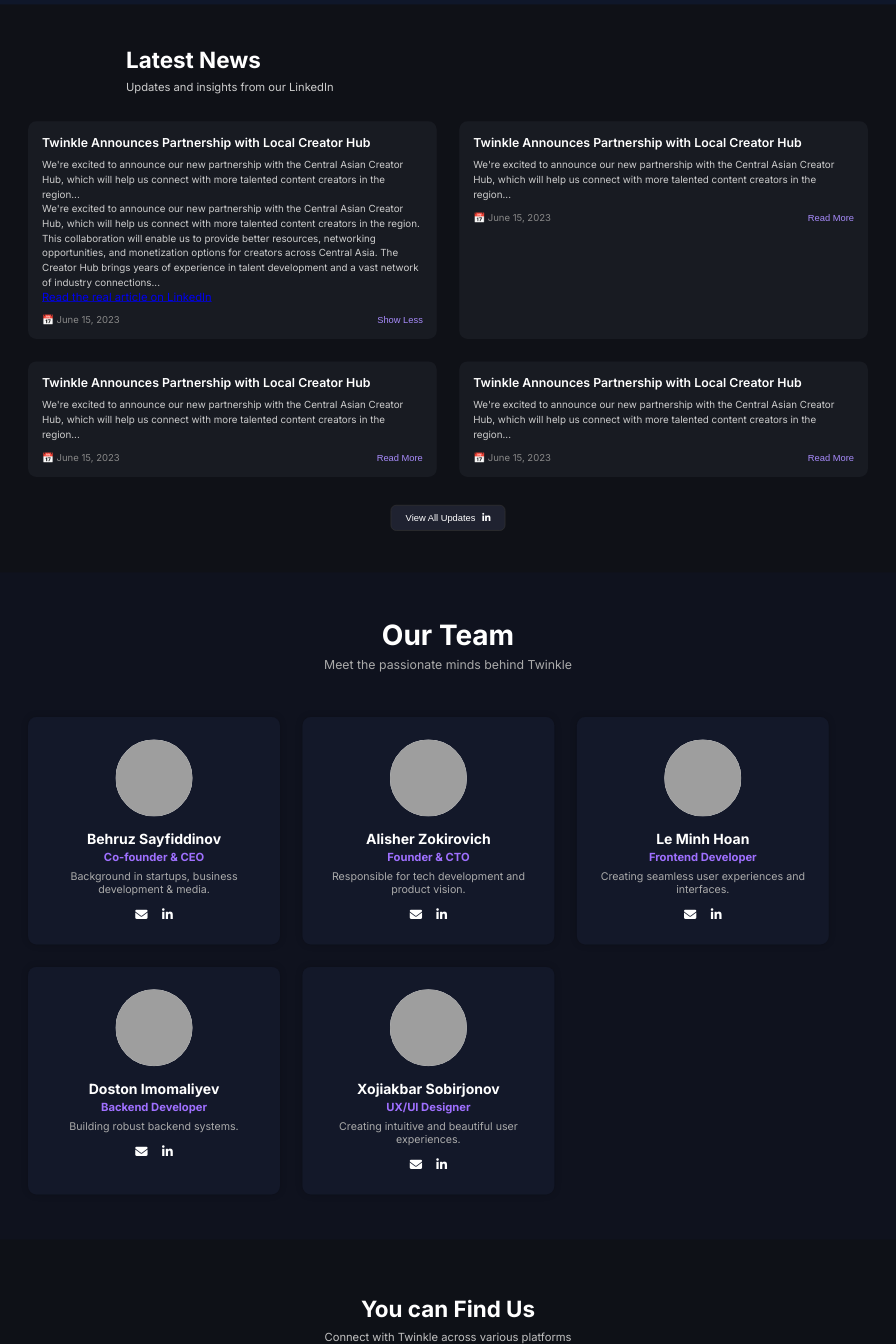
Repository: techboy-33/Twinkle-web
Page: index.html
The author's editor kept a copy of each file at every save. The page is drawn from the files as they stood at one save, then again after the next save.
The browser window is 1280 px wide. The pictures show the part of the page from y = 1386 to 3306 px (the page is 4439 px tall before and 4376 px after), at 70% of full size.
Empty fields were first filled with sample values (such as "Sample", 5 or name@example.com).
After loading, the first visible `button.toggle-btn` was clicked once.
Pictures or frames that could not be fetched are drawn as grey boxes.

Above is the page before, as saved 2025-05-26 11:21:23.

### index.html
<!DOCTYPE html>
<html lang="en">

<head>
    <meta charset="UTF-8" />
    <meta name="viewport" content="width=device-width, initial-scale=1.0" />
    <title>Twinkle</title>
    <link href="styles.css" rel="stylesheet" />
    <link href="https://fonts.googleapis.com/css2?family=Inter:wght@400;600;700&display=swap" rel="stylesheet">
    <link rel="stylesheet" href="https://cdnjs.cloudflare.com/ajax/libs/font-awesome/6.5.0/css/all.min.css">
    <link rel="stylesheet" href="./base.css">
    <link rel="stylesheet" href="./responsive.css">
</head>

<body>
    <header class="navbar">
        <div class="container nav-inner">
            <div class="logo">Twinkle</div>
            <div class="nav-right">
                <nav class="nav-links">
                    <a href="#">General Info</a>
                    <a href="#">News</a>
                    <a href="#">Team</a>
                </nav>
                <div class="nav-icons language-dropdown">
                    <button class="icon-btn" id="language-toggle">
                        <i class="fa-solid fa-globe"></i>
                    </button>
                    <ul class="language-menu">
                        <li>English</li>
                        <li>Русский</li>
                        <li>O'zbekcha</li>
                    </ul>
                    <button class="icon-btn" id="theme-toggle">
                        <i class="fa-solid fa-sun"></i>
                    </button>
                    <button class="icon-btn contact-btn">Contact</button>
                    <button class="hamburger-menu" id="menu-toggle">
                        <i class="fa-solid fa-bars"></i>
                    </button>
                </div>
            </div>
        </div>
    </header>
    <section class="hero">
        <div class="hero-inner">
            <h1>Twinkle</h1>
            <p class="subtitle">
                A social media platform uniting creators who produce high-quality, intellectual, and value-driven
                content with innovative filtering and multi-monetization models.
            </p>

            <div class="info-grid">
                <div class="info-card">
                    <h3>Founded</h3>
                    <p>15th of December 2024</p>
                </div>
                <div class="info-card">
                    <h3>Headquarters</h3>
                    <p>Samarkand, Uzbekistan (remote)</p>
                </div>
                <div class="info-card">
                    <h3>Focus</h3>
                    <p>Creator economy, empowering media industry</p>
                </div>
                <div class="info-card">
                    <h3>Target Market</h3>
                    <p>Uzbekistan, Global Expansion</p>
                </div>
            </div>

            <button class="learn-btn">Learn More
                <i class="fa-solid fa-chevron-down"></i>
            </button>
        </div>
        <div id="extra-info" style="display: none;">
            <div class="extra-content">
                <div class="info-card">
                    <h2>Our Vision</h2>
                    <p>Twinkle aims to filter the media industry and create a new market for the creator economy and
                        business. We're building a platform that values quality over quantity, depth over virality, and
                        sustainable creator economics over exploitative algorithms.</p>

                    <h2>Our Mission</h2>
                    <p>To empower content creators in Uzbekistan and beyond with tools, community, and monetization
                        opportunities that enable them to build sustainable careers doing what they love. We strive to
                        elevate the quality of media content while providing creators with the resources they need to
                        succeed.
                    </p>

                    <h2>Key Differentiators</h2>
                    <ul>
                        <li>Quality-focused content filtering and recommendation algorithms</li>
                        <li>Multiple monetization streams for creators (subscriptions, tips, marketplace, sponsorships)
                        </li>
                        <li>Built-in educational resources and creator development programs</li>
                        <li>Focus on intellectual and educational content rather than purely entertainment</li>
                        <li>Regional expertise and connections in Central Asian markets</li>
                    </ul>
                </div>
                <button id="show-less-btn" class="learn-btn">Show Less
                    <i class="fa-solid fa-chevron-up"></i>
                </button>
            </div>
        </div>
    </section>
    <main class="container">
        <section class="general-info">
            <h2>General Info</h2>
            <div class="info-columns">
                <div class="left">
                    <div>
                        <p class="strong">Industry</p>
                        <p>Social Media, Creator Economy</p>
                    </div>
                    <div>
                        <p class="strong">Business Model</p>
                        <p>Platform, Subscription, Transaction Fees</p>
                    </div>
                    <div>
                        <p class="strong">Location</p>
                        <p>Tashkent, Uzbekistan</p>
                    </div>
                    <div>
                        <p class="strong">Stage</p>
                        <p>Pre-Seed</p>
                    </div>
                </div>
                <div class="right">
                    <div>
                        <p class="strong">Description</p>
                        <p>Twinkle is designed to build a community of high-caliber, educational content creators while
                            creating a next-generation media platform that enables expanded monetization opportunities.
                        </p>
                    </div>
                    <div>
                        <p class="strong">Investment Needs</p>
                        <p>Seeking investment for platform development, marketing, team expansion, and operational
                            costs.
                        </p>
                    </div>
                    <button class="pitch-btn">View Pitch Deck
                        <i class="fa-solid fa-download"></i>
                    </button>
                </div>
            </div>
        </section>
    </main>
    <section class="news-section">
        <div class="container">
            <h2 class="news-title">Latest News</h2>
            <p class="news-subtitle">Updates and insights from our LinkedIn</p>









            <div class="news-grid">
                <!-- News Card 1 -->
                <div class="news-card">
                    <h3>Twinkle Announces Partnership with Local Creator Hub</h3>

                    <p class="summary">
                        We're excited to announce our new partnership with the Central Asian Creator Hub, which will
                        help us connect with more talented content creators in the region...
                    </p>

                    <div class="extra-content" style="display: none;">
                        <p>
                            We're excited to announce our new partnership with the Central Asian Creator Hub, which will
                            help us connect with more talented content creators in the region. This collaboration will
                            enable us to provide better resources, networking opportunities, and monetization options
                            for creators across Central Asia. The Creator Hub brings years of experience in talent
                            development and a vast network of industry connections...
                        </p>
                        <a href="#">Read the real article on LinkedIn</a>
                    </div>

                    <div class="news-meta">
                        <span>📅 June 15, 2023</span>
                        <button class="toggle-btn">Read More</button>
                    </div>
                </div>

                <!-- News Card 2 -->
                <div class="news-card">
                    <h3>Twinkle Announces Partnership with Local Creator Hub</h3>

                    <p class="summary">
                        We're excited to announce our new partnership with the Central Asian Creator Hub, which will
                        help us connect with more talented content creators in the region...
                    </p>

                    <div class="extra-content" style="display: none;">
                        <p>
                            We're excited to announce our new partnership with the Central Asian Creator Hub, which will
                            help us connect with more talented content creators in the region. This collaboration will
                            enable us to provide better resources, networking opportunities, and monetization options
                            for creators across Central Asia. The Creator Hub brings years of experience in talent
                            development and a vast network of industry connections...
                        </p>
                        <a href="#">Read the real article on LinkedIn</a>
                    </div>

                    <div class="news-meta">
                        <span>📅 June 15, 2023</span>
                        <button class="toggle-btn">Read More</button>
                    </div>
                </div>

                <!-- News Card 3 -->
                <div class="news-card">
                    <h3>Twinkle Announces Partnership with Local Creator Hub</h3>

                    <p class="summary">
                        We're excited to announce our new partnership with the Central Asian Creator Hub, which will
                        help us connect with more talented content creators in the region...
                    </p>

                    <div class="extra-content" style="display: none;">
                        <p>
                            We're excited to announce our new partnership with the Central Asian Creator Hub, which will
                            help us connect with more talented content creators in the region. This collaboration will
                            enable us to provide better resources, networking opportunities, and monetization options
                            for creators across Central Asia. The Creator Hub brings years of experience in talent
                            development and a vast network of industry connections...
                        </p>
                        <a href="#">Read the real article on LinkedIn</a>
                    </div>

                    <div class="news-meta">
                        <span>📅 June 15, 2023</span>
                        <button class="toggle-btn">Read More</button>
                    </div>
                </div>

                <!-- News Card 4 -->
                <div class="news-card">
                    <h3>Twinkle Announces Partnership with Local Creator Hub</h3>

                    <p class="summary">
                        We're excited to announce our new partnership with the Central Asian Creator Hub, which will
                        help us connect with more talented content creators in the region...
                    </p>

                    <div class="extra-content" style="display: none;">
                        <p>
                            We're excited to announce our new partnership with the Central Asian Creator Hub, which will
                            help us connect with more talented content creators in the region. This collaboration will
                            enable us to provide better resources, networking opportunities, and monetization options
                            for creators across Central Asia. The Creator Hub brings years of experience in talent
                            development and a vast network of industry connections...
                        </p>
                        <a href="#">Read the real article on LinkedIn</a>
                    </div>

                    <div class="news-meta">
                        <span>📅 June 15, 2023</span>
                        <button class="toggle-btn">Read More</button>
                    </div>
                </div>
            </div>

            <div class="view-all-wrapper">
                <button class="view-all-btn">View All Updates
                    <i class="fa-brands fa-linkedin-in"></i>
                </button>
            </div>
        </div>
    </section>
    <section class="team-section">
        <div class="container">
            <h2 class="team-title">Our Team</h2>
            <p class="team-subtitle">Meet the passionate minds behind Twinkle</p>

            <div class="team-grid">
                <!-- Team Members -->
                <div class="team-card">
                    <img src="https://encrypted-tbn0.gstatic.com/images?q=tbn:ANd9GcR9CMIiPoEBXCQ0sEX700hf1_gQ1kkmD3HA4w&s"
                        alt="Behruz">
                    <h3>Behruz Sayfiddinov</h3>
                    <p class="role">Co-founder & CEO</p>
                    <p class="desc">Background in startups, business development & media.</p>
                    <div class="icons">
                        <a href="#"><i class="fas fa-envelope"></i></a>
                        <a href="#"><i class="fab fa-linkedin-in"></i></a>
                    </div>
                </div>

                <div class="team-card">
                    <img src="https://encrypted-tbn0.gstatic.com/images?q=tbn:ANd9GcR9CMIiPoEBXCQ0sEX700hf1_gQ1kkmD3HA4w&s"
                        alt="Alisher">
                    <h3>Alisher Zokirovich</h3>
                    <p class="role">Founder & CTO</p>
                    <p class="desc">Responsible for tech development and product vision.</p>
                    <div class="icons">
                        <a href="#"><i class="fas fa-envelope"></i></a>
                        <a href="#"><i class="fab fa-linkedin-in"></i></a>
                    </div>
                </div>

                <div class="team-card">
                    <img src="https://encrypted-tbn0.gstatic.com/images?q=tbn:ANd9GcR9CMIiPoEBXCQ0sEX700hf1_gQ1kkmD3HA4w&s"
                        alt="Member">
                    <h3>Le Minh Hoan</h3>
                    <p class="role">Frontend Developer</p>
                    <p class="desc">Creating seamless user experiences and interfaces.</p>
                    <div class="icons">
                        <a href="#"><i class="fas fa-envelope"></i></a>
                        <a href="#"><i class="fab fa-linkedin-in"></i></a>
                    </div>
                </div>

                <div class="team-card">
                    <img src="https://encrypted-tbn0.gstatic.com/images?q=tbn:ANd9GcR9CMIiPoEBXCQ0sEX700hf1_gQ1kkmD3HA4w&s"
                        alt="Member">
                    <h3>Doston Imomaliyev</h3>
                    <p class="role">Backend Developer</p>
                    <p class="desc">Building robust backend systems.</p>
                    <div class="icons">
                        <a href="#"><i class="fas fa-envelope"></i></a>
                        <a href="#"><i class="fab fa-linkedin-in"></i></a>
                    </div>
                </div>

                <div class="team-card">
                    <img src="https://encrypted-tbn0.gstatic.com/images?q=tbn:ANd9GcR9CMIiPoEBXCQ0sEX700hf1_gQ1kkmD3HA4w&s"
                        alt="Member">
                    <h3>Xojiakbar Sobirjonov</h3>
                    <p class="role">UX/UI Designer</p>
                    <p class="desc">Creating intuitive and beautiful user experiences.</p>
                    <div class="icons">
                        <a href="#"><i class="fas fa-envelope"></i></a>
                        <a href="#"><i class="fab fa-linkedin-in"></i></a>
                    </div>
                </div>
            </div>
        </div>
    </section>
    <section class="find-us-section">
        <div class="container">
            <h2 class="find-us-title">You can Find Us</h2>
            <p class="find-us-subtitle">Connect with Twinkle across various platforms</p>
            <div class="find-us-grid">
                <div class="find-us-card linkedin">
                    <i class="fab fa-linkedin-in"></i>
                    <h3>LinkedIn</h3>
                    <p>linkedin.com/company/twinkle-uz</p>
                </div>
                <div class="find-us-card startup-base">
                    <i class="fas fa-globe"></i>
                    <h3>Startup Base</h3>
                    <p>startupbase.uz/en/startups/39</p>
                </div>
                <div class="find-us-card amazon">
                    <i class="fas fa-seedling"></i>
                    <h3>Amazon Startups</h3>
                    <p>AWS Startup Showcase</p>
                </div>
                <div class="find-us-card instagram">
                    <i class="fab fa-instagram"></i>
                    <h3>Instagram</h3>
                    <p>instagram.com/twinkle_uzbekistan</p>
                </div>
                <div class="find-us-card telegram">
                    <i class="fab fa-telegram-plane"></i>
                    <h3>Telegram</h3>
                    <p>t.me/twinkle_uzbekistan</p>
                </div>
            </div>
        </div>
    </section>
    <section class="contact-section">
        <div class="container contact-container">
            <h2 class="contact-title">Contact Us</h2>
            <p class="contact-description">
                Interested in learning more about Twinkle or discussing investment opportunities? We’d love to hear from
                you.
            </p>

            <div class="contact-methods">
                <div class="contact-box">
                    <i class="fas fa-envelope"></i>
                    <p>info@twinkle.com</p>
                </div>
                <div class="contact-box">
                    <i class="fab fa-linkedin-in"></i>
                    <p>LinkedIn</p>
                </div>
            </div>

            <form class="contact-form">
                <div class="form-row">
                    <input type="text" placeholder="Name" required />
                    <input type="email" placeholder="Email" required />
                </div>
                <input type="text" placeholder="Subject" required />
                <textarea placeholder="Message" rows="5" required></textarea>
                <button type="submit" class="send-btn">Send Message</button>
            </form>
        </div>

    </section>
    <footer class="contact-footer">
        <p class="footer-brand">Twinkle</p>
        <p class="footer-rights">© 2025 Twinkle, Inc. All rights reserved.</p>
    </footer>
    <script src="./js.js"></script>
</body>

</html>

### js.js

const toggleBtn = document.getElementById('theme-toggle');
const icon = toggleBtn.querySelector('i');

toggleBtn.addEventListener('click', () => {
    document.body.classList.toggle('light-mode');

    if (document.body.classList.contains('light-mode')) {
        icon.classList.remove('fa-sun');
        icon.classList.add('fa-moon');
    } else {
        icon.classList.remove('fa-moon');
        icon.classList.add('fa-sun');
    }
});

const languageToggle = document.getElementById('language-toggle');
const languageDropdown = languageToggle.parentElement;

languageToggle.addEventListener('click', () => {
    languageDropdown.classList.toggle('open');
});

document.addEventListener('click', (e) => {
    if (!languageDropdown.contains(e.target)) {
        languageDropdown.classList.remove('open');
    }
});

const learnBtn = document.querySelector('.learn-btn');
const extraInfo = document.getElementById('extra-info');
const showLessBtn = document.getElementById('show-less-btn');

learnBtn.addEventListener('click', () => {
    extraInfo.style.display = 'block';
    learnBtn.style.display = 'none';
});

showLessBtn.addEventListener('click', () => {
    extraInfo.style.display = 'none';
    learnBtn.style.display = 'inline-block';
});

document.addEventListener('DOMContentLoaded', function () {
    const toggleButtons = document.querySelectorAll('.toggle-btn');

    toggleButtons.forEach(button => {
        button.addEventListener('click', function () {
            const newsCard = button.closest('.news-card');
            const extraContent = newsCard.querySelector('.extra-content');

            const isVisible = extraContent.style.display === 'block';
            extraContent.style.display = isVisible ? 'none' : 'block';
            button.textContent = isVisible ? 'Read More' : 'Show Less';
        });
    });
});

Loaded but not shown: styles.css (683 lines, source omitted); responsive.css (240 lines, source omitted); base.css (130 lines, source omitted)

After the next save:
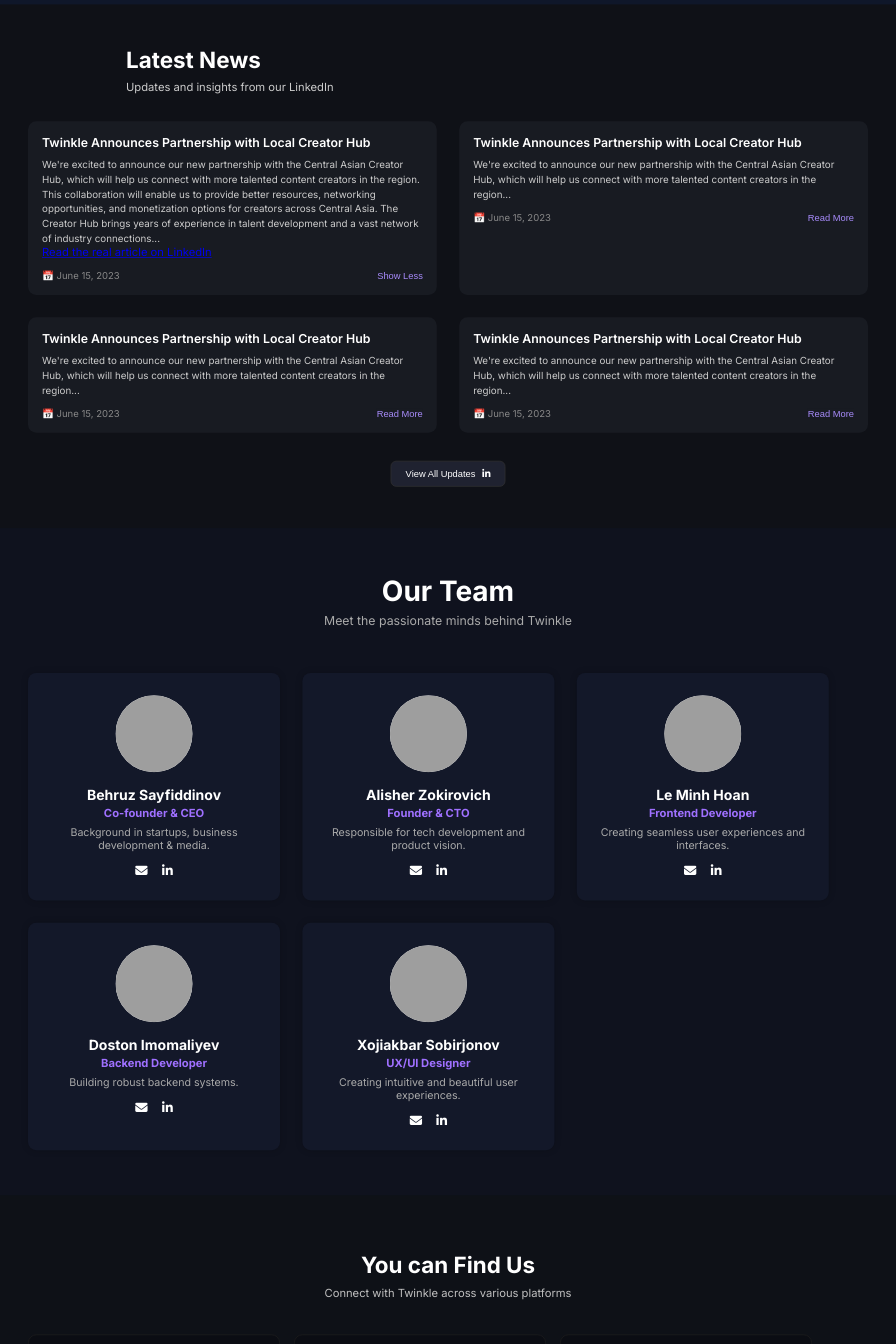
Saved 13 s later.
--- a/js.js
+++ b/js.js
@@ -46,12 +46,14 @@
 
     toggleButtons.forEach(button => {
         button.addEventListener('click', function () {
-            const newsCard = button.closest('.news-card');
-            const extraContent = newsCard.querySelector('.extra-content');
+            const card = button.closest('.news-card');
+            const summary = card.querySelector('.summary');
+            const extra = card.querySelector('.extra-content');
 
-            const isVisible = extraContent.style.display === 'block';
-            extraContent.style.display = isVisible ? 'none' : 'block';
-            button.textContent = isVisible ? 'Read More' : 'Show Less';
+            const isExpanded = extra.style.display === 'block';
+            extra.style.display = isExpanded ? 'none' : 'block';
+            summary.style.display = isExpanded ? 'block' : 'none';
+            button.textContent = isExpanded ? 'Read More' : 'Show Less';
         });
     });
 });
